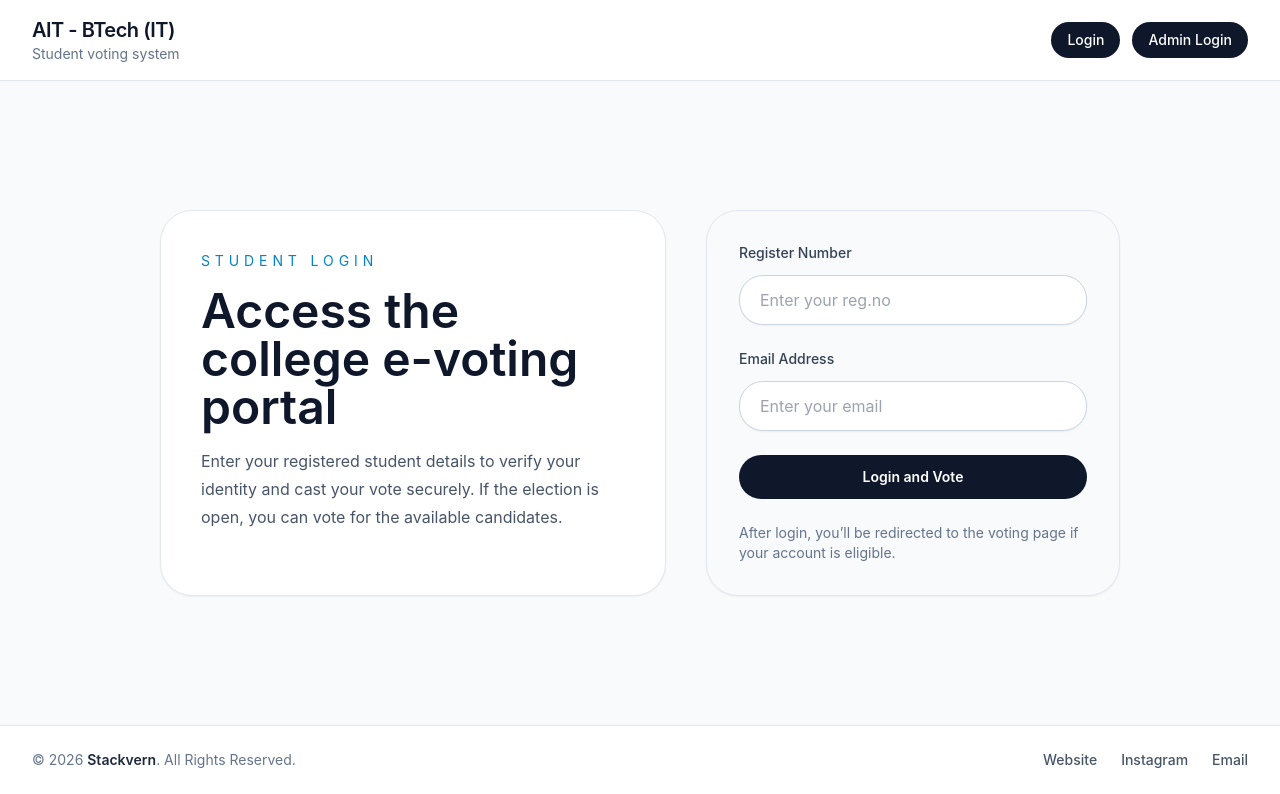
Repository: stackvern/college-evoting
Page: / (app in client/)
An editor plug-in stored every save of this project. The page is shown before and after the next save, followed by the edit.
The browser window is 1280 px wide. The pictures show the whole page.
The project was rebuilt for these pictures with package versions that can differ from the ones it lists, and the page was loaded fresh each time. Also part of the build but not shown: client/vite.config.js, client/src/components/ProtectedRoute.jsx, client/src/components/AdminProtectedRoute.jsx, client/src/pages/VotePage.jsx, client/src/pages/ResultPage.jsx, client/src/pages/AdminLoginPage.jsx, client/src/pages/AdminDashboard.jsx.

Above is the page before, as saved 2026-07-19 18:45:02.

### client/index.html
<!DOCTYPE html>
<html lang="en">
  <head>
    <meta charset="UTF-8" />
    <meta name="viewport" content="width=device-width, initial-scale=1.0" />
    <title>College E-Voting System</title>
  </head>
  <body>
    <div id="root"></div>
    <script type="module" src="/src/main.jsx"></script>
  </body>
</html>

### client/src/App.jsx
import React from 'react';
import { Navigate, Route, Routes } from 'react-router-dom';
import Layout from './components/Layout';
import ProtectedRoute from './components/ProtectedRoute';
import AdminProtectedRoute from './components/AdminProtectedRoute';
import LoginPage from './pages/LoginPage';
import VotePage from './pages/VotePage';
import ResultPage from './pages/ResultPage';
import AdminLoginPage from './pages/AdminLoginPage';
import AdminDashboard from './pages/AdminDashboard';

function App() {
  return (
    <Routes>
      <Route path="/" element={<Layout />}>
        <Route index element={<Navigate to="/login" replace />} />
        <Route path="login" element={<LoginPage />} />
        <Route path="vote" element={<ProtectedRoute><VotePage /></ProtectedRoute>} />
        <Route path="results" element={<ResultPage />} />
        <Route path="admin/login" element={<AdminLoginPage />} />
        <Route path="admin" element={<AdminProtectedRoute><AdminDashboard /></AdminProtectedRoute>} />
        <Route path="*" element={<Navigate to="/login" replace />} />
      </Route>
    </Routes>
  );
}

export default App;

### client/src/index.css
@tailwind base;
@tailwind components;
@tailwind utilities;

:root {
  color-scheme: light;
}

body {
  margin: 0;
  font-family: Inter, ui-sans-serif, system-ui, -apple-system, BlinkMacSystemFont, 'Segoe UI', sans-serif;
  background-color: #f8fafc;
  color: #0f172a;
}

* {
  box-sizing: border-box;
}

button,
input,
textarea,
select {
  font: inherit;
}

button:focus,
input:focus,
textarea:focus,
select:focus {
  outline: none;
}

### client/src/components/Layout.jsx
import React from 'react';
import { Link, Outlet, useNavigate } from 'react-router-dom';

const Layout = () => {
  const navigate = useNavigate();
  const token = localStorage.getItem('authToken');

  const studentToken = localStorage.getItem('authToken');
  const adminToken = localStorage.getItem('adminToken');

  const handleLogout = () => {
    localStorage.removeItem('authToken');
    localStorage.removeItem('studentData');
    navigate('/login');
  };

  const handleAdminLogout = () => {
    localStorage.removeItem('adminToken');
    localStorage.removeItem('adminData');
    navigate('/admin/login');
  };

  return (
    <div className="min-h-screen bg-slate-50 text-slate-900">
      <header className="border-b border-slate-200 bg-white/90 backdrop-blur-md">
        <div className="mx-auto flex max-w-7xl items-center justify-between px-4 py-4 sm:px-6 lg:px-8">
          <div>
            <Link to="/" className="text-xl font-semibold tracking-tight text-slate-900">
              AIT - BTech (IT)
            </Link>
            <p className="text-sm text-slate-500">Student voting system</p>
          </div>
          <nav className="flex items-center gap-3 text-sm font-medium text-slate-700">

            {studentToken ? (
              <>
                <Link className="rounded-full px-4 py-2 transition hover:bg-slate-100" to="/vote">
                  Vote
                </Link>
                <button className="rounded-full bg-slate-900 px-4 py-2 text-white transition hover:bg-slate-800" onClick={handleLogout}>
                  Logout
                </button>
              </>
            ) : (
              <Link className="rounded-full bg-slate-900 px-4 py-2 text-white transition hover:bg-slate-800" to="/login">
                Login
              </Link>
            )}
            {adminToken ? (
              <>
                <Link className="rounded-full px-4 py-2 transition hover:bg-slate-100" to="/admin">
                  Admin
                </Link>
                <button className="rounded-full bg-slate-900 px-4 py-2 text-white transition hover:bg-slate-800" onClick={handleAdminLogout}>
                  Admin Logout
                </button>
              </>
            ) : (
              <Link className="rounded-full bg-slate-900 px-4 py-2 text-white transition hover:bg-slate-800" to="/admin/login">
                Admin Login
              </Link>
            )}
          </nav>
        </div>
      </header>
      <main className="px-4 py-8 sm:px-6 lg:px-8">
        <Outlet />
      </main>
      <footer className="border-t border-slate-200 bg-white py-6">
  <div className="mx-auto flex max-w-7xl flex-col items-center justify-between gap-3 px-4 text-sm text-slate-500 sm:flex-row sm:px-6 lg:px-8">

    <p>
      © {new Date().getFullYear()} <span className="font-semibold text-slate-800">Stackvern</span>. All Rights Reserved.
    </p>

    <div className="flex items-center gap-6">

      <a
        href="https://stackvern.github.io/website"
        target="_blank"
        rel="noopener noreferrer"
        className="font-medium text-slate-600 transition hover:text-blue-600"
      >
         Website
      </a>

      <a
        href="https://www.instagram.com/stackvern_"
        target="_blank"
        rel="noopener noreferrer"
        className="font-medium text-slate-600 transition hover:text-pink-600"
      >
         Instagram
      </a>

      <a
        href="mailto:stackverntech@gmail.com"
        className="font-medium text-slate-600 transition hover:text-emerald-600"
      >
        Email
      </a>

    </div>

  </div>
</footer>
    </div>
  );
};

export default Layout;

### client/src/pages/LoginPage.jsx
import React, { useEffect, useState } from 'react';
import { useNavigate } from 'react-router-dom';
import api from '../api/axios';

const LoginPage = () => {
  const navigate = useNavigate();
  const [registerNumber, setRegisterNumber] = useState('');
  const [email, setEmail] = useState('');
  const [loading, setLoading] = useState(false);
  const [error, setError] = useState('');

  useEffect(() => {
    if (localStorage.getItem('authToken')) {
      navigate('/vote');
    }
  }, [navigate]);

  const handleSubmit = async (event) => {
    event.preventDefault();
    setError('');
    setLoading(true);

    try {
      const response = await api.post('/api/student/login', {
        register_number: registerNumber,
        email
      });

      if (response.data?.success) {
        localStorage.setItem('authToken', response.data.token);
        localStorage.setItem('studentData', JSON.stringify(response.data.student));
        navigate('/vote');
      } else {
        setError(response.data?.message || 'Login failed.');
      }
    } catch (err) {
      setError(err?.response?.data?.message || 'Login failed. Please check your credentials.');
    } finally {
      setLoading(false);
    }
  };

  return (
    <div className="mx-auto flex min-h-[calc(100vh-140px)] max-w-5xl flex-col justify-center px-4 py-10 sm:px-6 lg:px-8">
      <div className="grid gap-10 xl:grid-cols-[1.1fr_0.9fr]">
        <section className="rounded-[32px] border border-slate-200 bg-white p-10 shadow-sm">
          <div className="space-y-4">
            <p className="text-sm uppercase tracking-[0.35em] text-sky-600">Student login</p>
            <h1 className="text-4xl font-semibold text-slate-900 sm:text-5xl">Access the college e-voting portal</h1>
            <p className="max-w-2xl text-base leading-7 text-slate-600">Enter your registered student details to verify your identity and cast your vote securely. If the election is open, you can vote for the available candidates.</p>
          </div>
        </section>

        <form onSubmit={handleSubmit} className="rounded-[32px] border border-slate-200 bg-slate-50 p-8 shadow-sm">
          <div className="space-y-6">
            <div>
              <label htmlFor="register" className="block text-sm font-medium text-slate-700">Register Number</label>
              <input
                id="register"
                type="text"
                value={registerNumber}
                onChange={(e) => setRegisterNumber(e.target.value)}
                className="mt-3 w-full rounded-3xl border border-slate-300 bg-white px-5 py-3 text-slate-900 shadow-sm outline-none transition focus:border-sky-500 focus:ring-4 focus:ring-sky-100"
                placeholder="Enter your reg.no"
              />
            </div>
            <div>
              <label htmlFor="email" className="block text-sm font-medium text-slate-700">Email Address</label>
              <input
                id="email"
                type="email"
                value={email}
                onChange={(e) => setEmail(e.target.value)}
                className="mt-3 w-full rounded-3xl border border-slate-300 bg-white px-5 py-3 text-slate-900 shadow-sm outline-none transition focus:border-sky-500 focus:ring-4 focus:ring-sky-100"
                placeholder="Enter your email"
              />
            </div>
            {error && (
              <div className="rounded-3xl border border-rose-200 bg-rose-50 px-5 py-4 text-sm text-rose-700">
                {error}
              </div>
            )}
            <button
              type="submit"
              disabled={loading}
              className="inline-flex w-full items-center justify-center rounded-3xl bg-slate-900 px-5 py-3 text-sm font-semibold text-white transition hover:bg-slate-800 disabled:cursor-not-allowed disabled:opacity-60"
            >
              {loading ? 'Verifying...' : 'Login and Vote'}
            </button>
            <p className="text-sm text-slate-500">
              After login, you’ll be redirected to the voting page if your account is eligible.
            </p>
          </div>
        </form>
      </div>
    </div>
  );
};

export default LoginPage;

### client/src/api/axios.js
import axios from 'axios';

const api = axios.create({
  baseURL: 'http://localhost:5000',
  headers: {
    'Content-Type': 'application/json'
  }
});

api.interceptors.request.use(
  (config) => {
    const token = localStorage.getItem('adminToken') || localStorage.getItem('authToken');
    if (token) {
      config.headers = {
        ...config.headers,
        Authorization: `Bearer ${token}`
      };
    }
    return config;
  },
  (error) => Promise.reject(error)
);

export default api;

### client/tailwind.config.js
export default {
  content: ['./index.html', './src/**/*.{js,jsx}'],
  theme: {
    extend: {}
  },
  plugins: []
};

Loaded but not shown: client/src/main.jsx (common file)

After the next save:
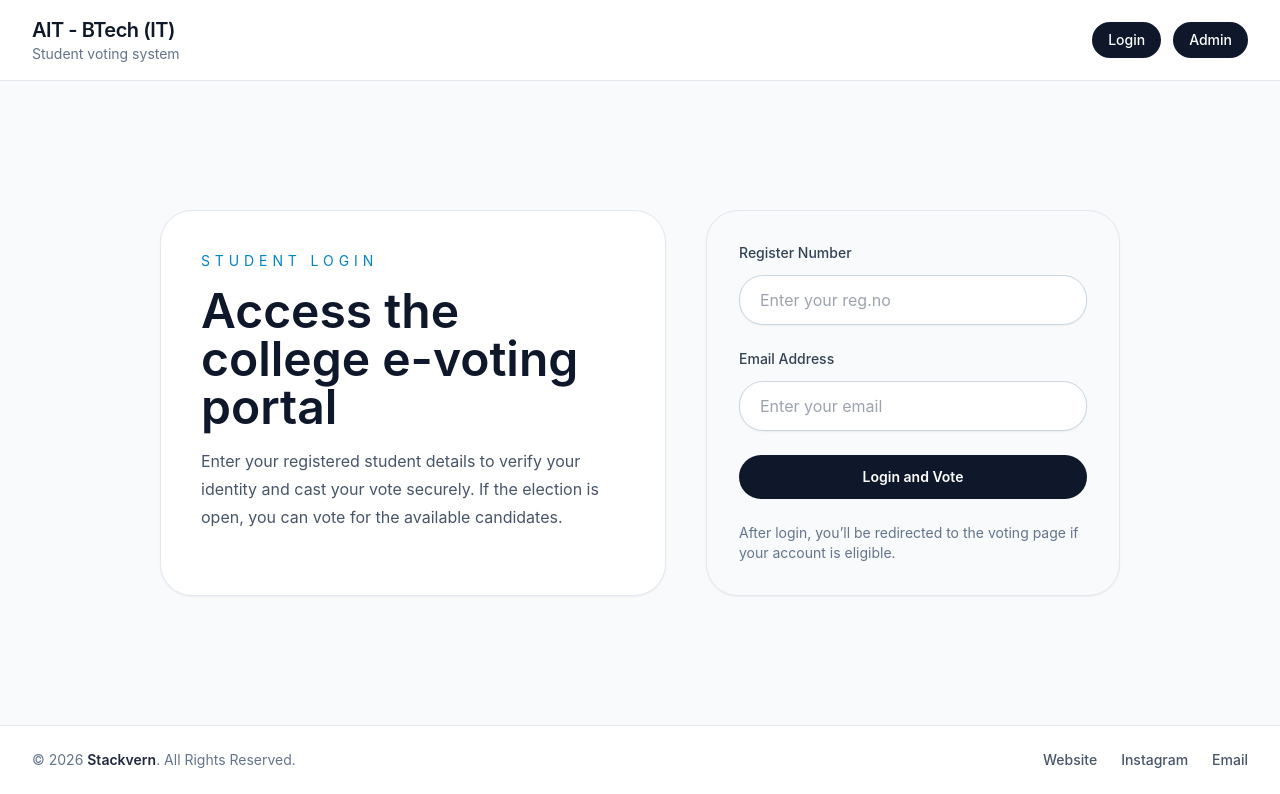
Saved 43 s later.
--- a/client/src/components/Layout.jsx
+++ b/client/src/components/Layout.jsx
@@ -57,7 +57,7 @@ const Layout = () => {
               </>
             ) : (
               <Link className="rounded-full bg-slate-900 px-4 py-2 text-white transition hover:bg-slate-800" to="/admin/login">
-                Admin Login
+                Admin
               </Link>
             )}
           </nav>
